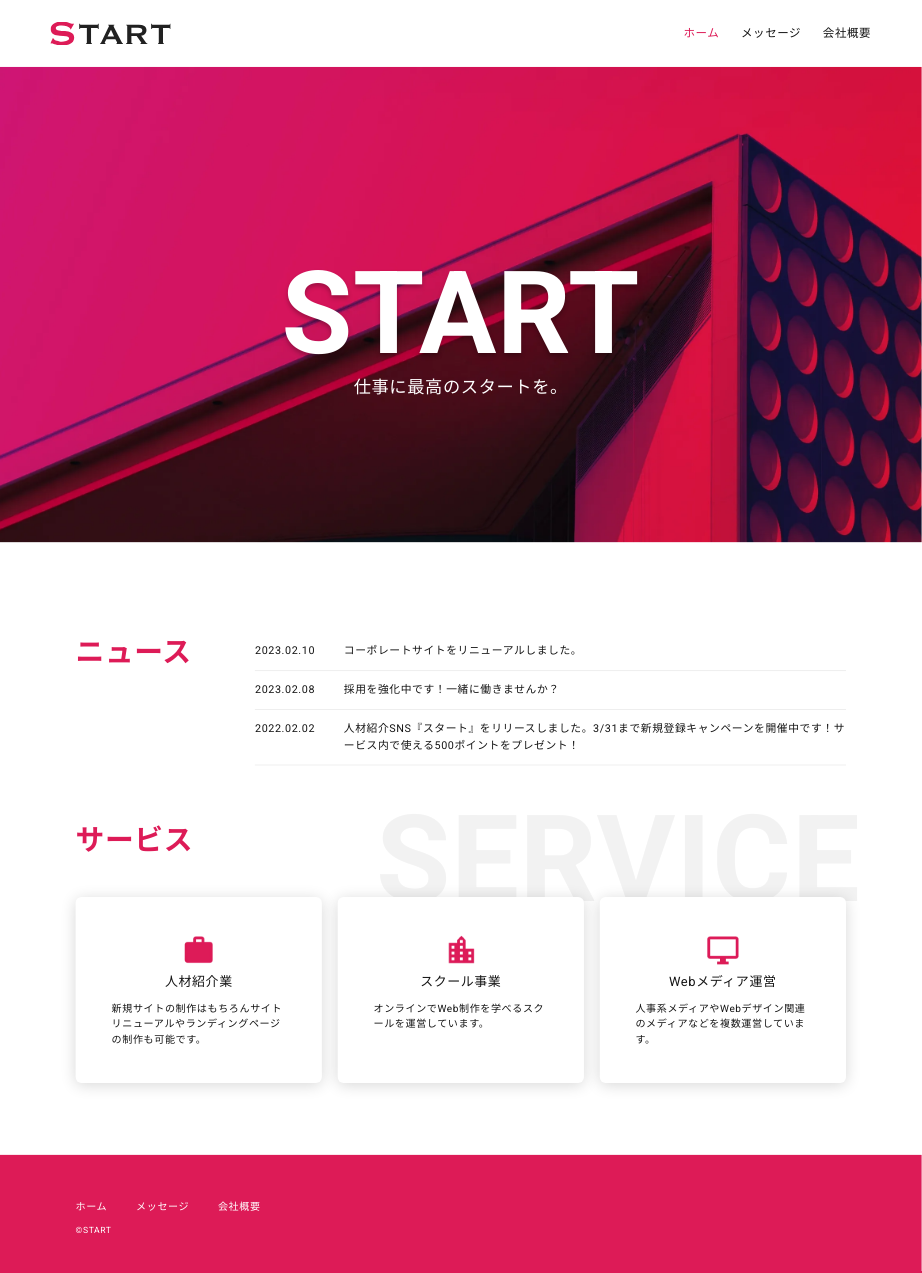
Repository: tetishi/tetishi.github.io
Page: index.html
An editor plug-in stored every save of this project. The page is shown before and after a run of saves, followed by the edit.
The browser window is 1280 px wide. The pictures show the whole page, at 72% of full size.

Above is the page before, as saved 2023-07-16 21:25:19.

After the next 5 saves:
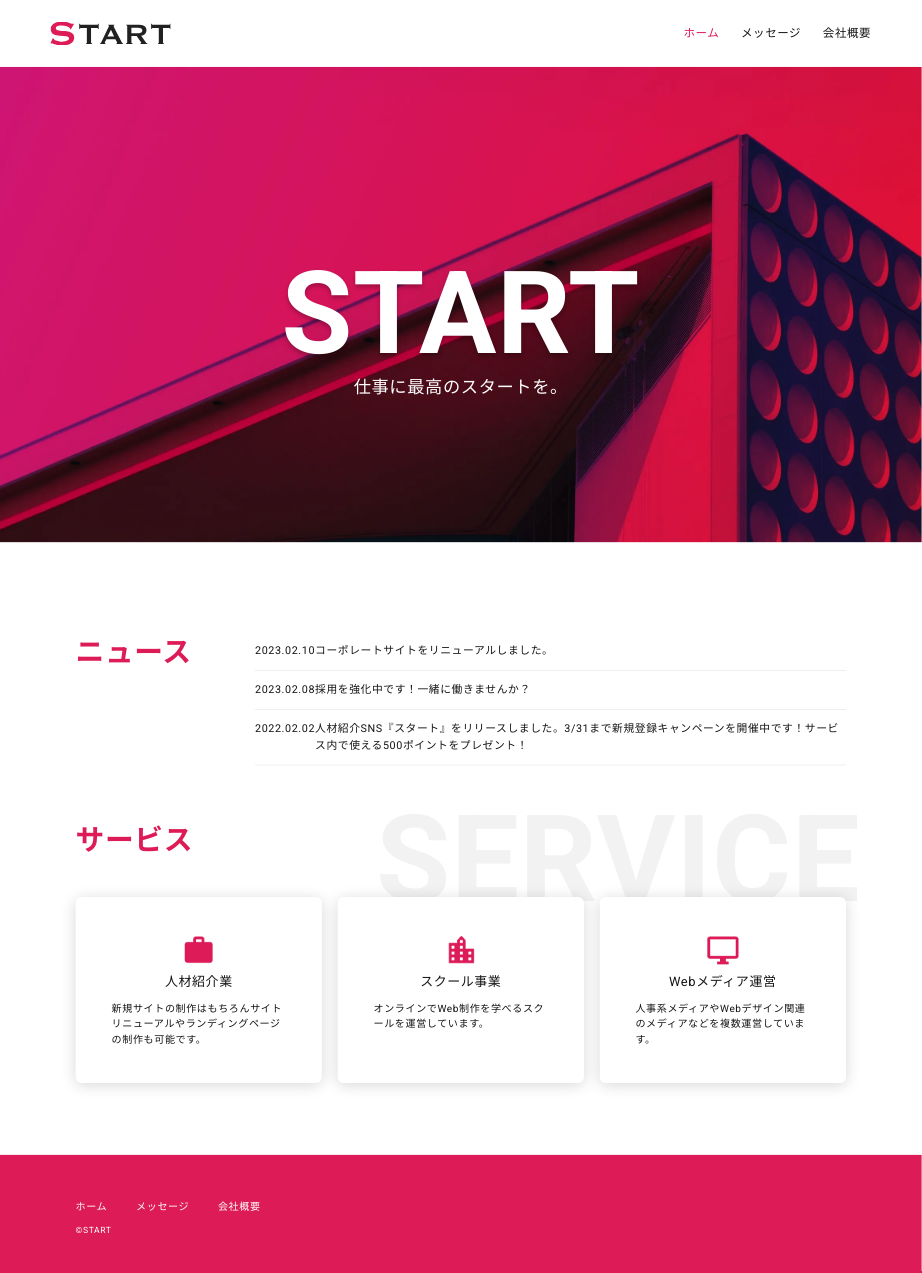
The 5 saves are shown as one change because they came seconds apart.
The last was saved 14 s later.
--- a/css/style.css
+++ b/css/style.css
@@ -112,7 +112,7 @@ a {
     display: flex;
     font-size: 1.5rem;
 }
-
+.news-item:fir
 .news-item a {
     margin-left: 40px;
 }
